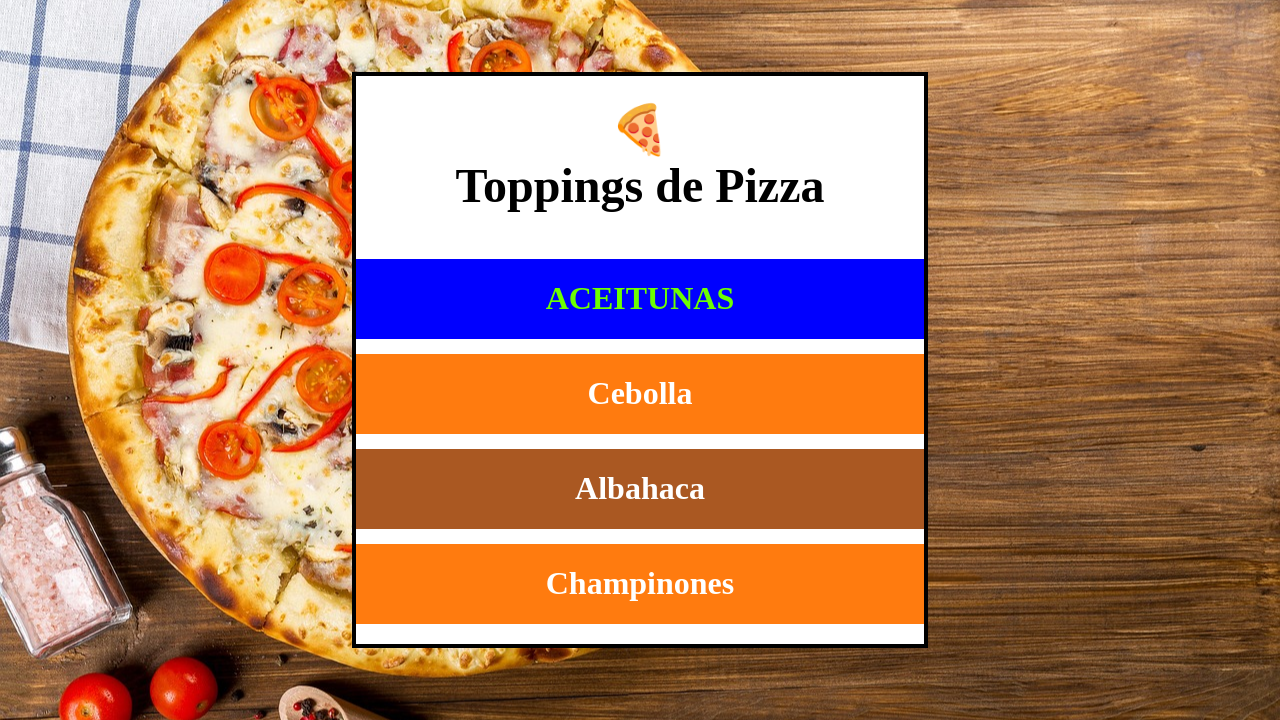
Repository: JoyMoGas/javascript-learn
Page: toppings-de-pizza/index.html
The author's editor kept a copy of each file at every save. The page is drawn from the files as they stood at one save, then again after the next save.
The browser window is 1280 px wide. The pictures show the whole page.

Above is the page before, as saved 2024-05-07 17:30:20.

After the next save:
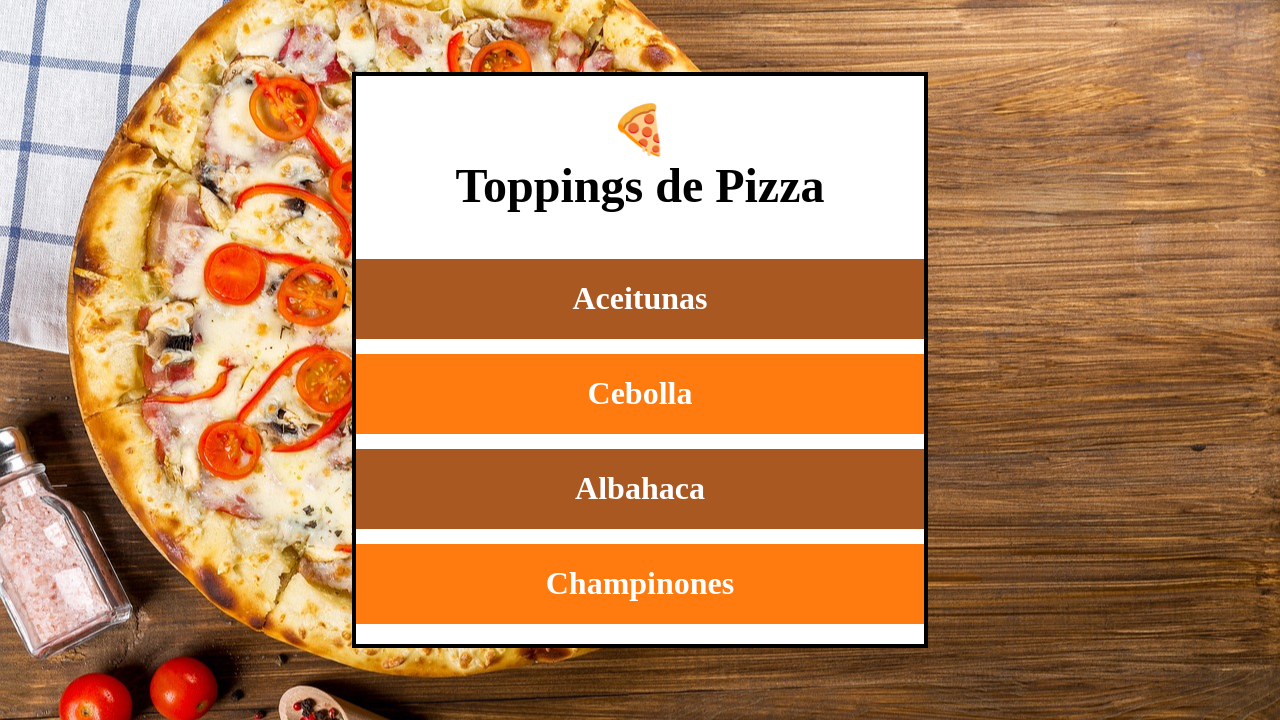
Saved 63 s later.
--- a/toppings-de-pizza/app.js
+++ b/toppings-de-pizza/app.js
@@ -1,7 +1,9 @@
+/*
 const primerTopping = document.querySelector('.topping');
 
-// console.log(primerTopping.style);
-// * Cambiando el estilo con javascript
+console.log(primerTopping.style);
+* Cambiando el estilo con javascript
 primerTopping.style.backgroundColor = 'blue';
 primerTopping.style.color = '#6dff00';
 primerTopping.style.textTransform = 'uppercase';
+*/
